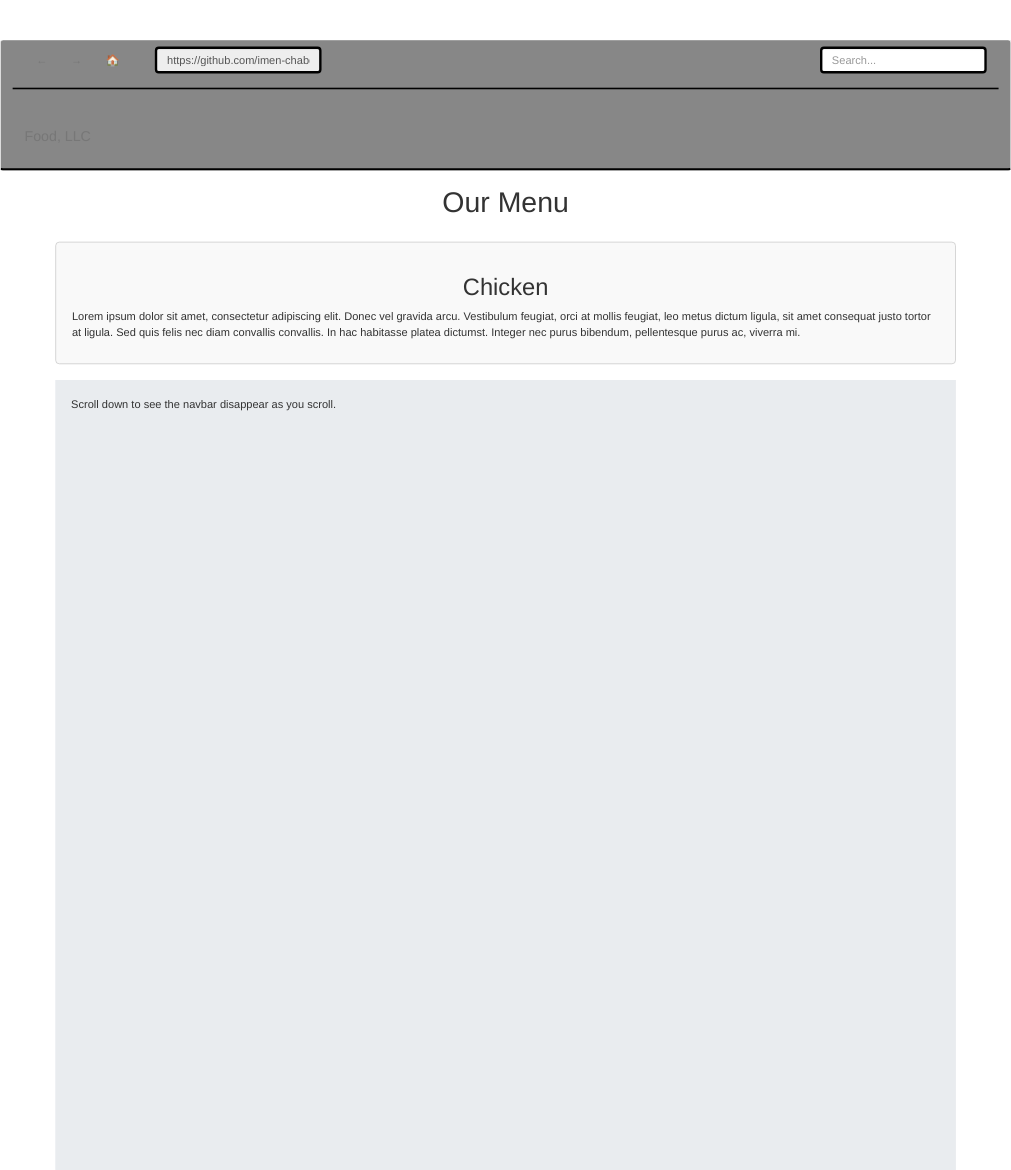
Repository: imen-chabchoub/coursera-test1
Page: mod3-solution/index.html
An editor plug-in stored every save of this project. The page is shown before and after the next save, followed by the edit.
The browser window is 1280 px wide. The pictures show the whole page, at 79% of full size.

Above is the page before, as saved 2025-02-12 15:10:47.

After the next save:
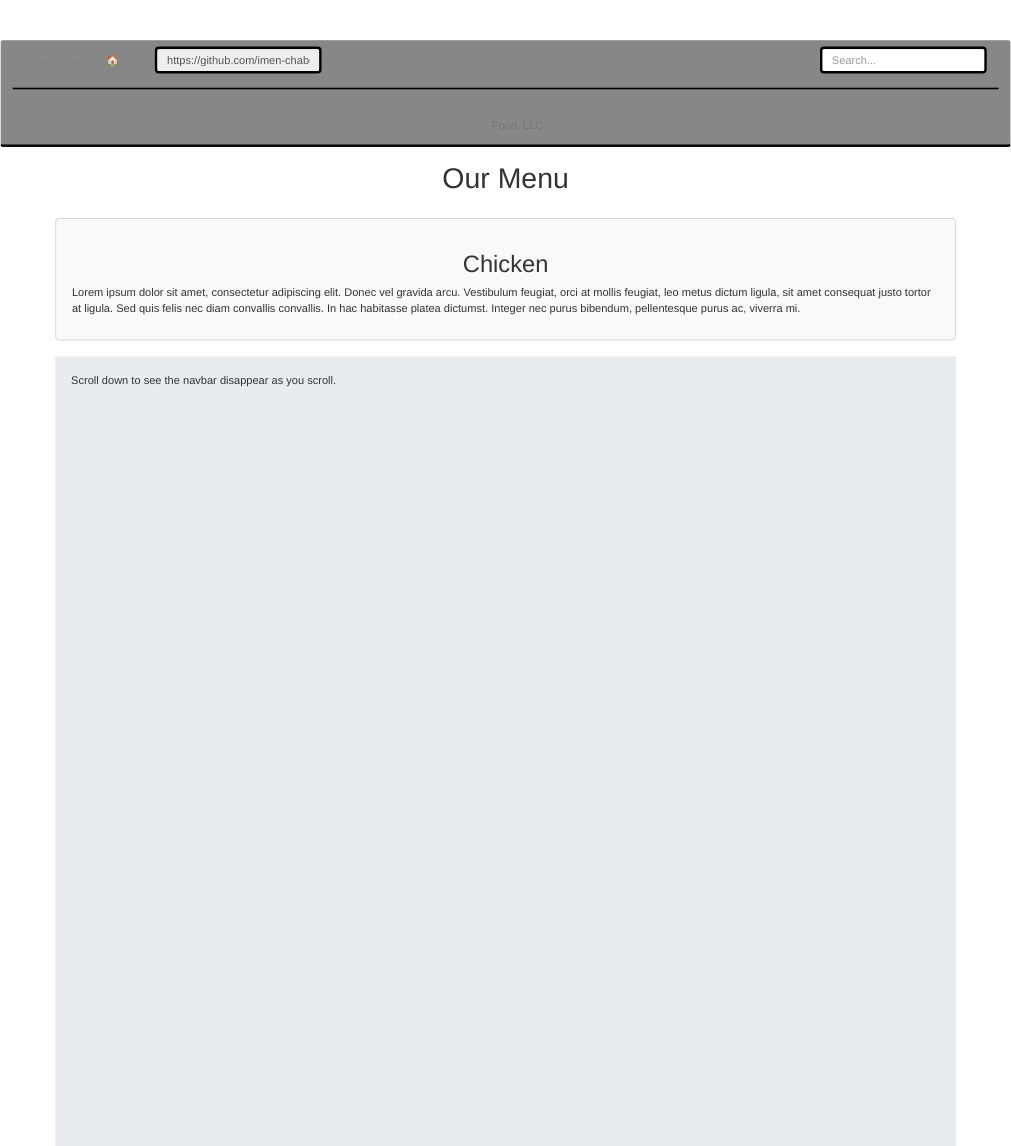
Saved 2 min 39 s later.
--- a/mod3-solution/index.html
+++ b/mod3-solution/index.html
@@ -37,7 +37,7 @@
             </div><!-- /.navbar-collapse -->
             <div class="navbar-divider"></div>
             <div class="navbar-text text-center">
-                <a class="navbar-brand" href="#">Food, LLC</a>
+                <span class="navbar-brand-text">Food, LLC</span>
             </div>
         </div><!-- /.container-fluid -->
     </nav>
